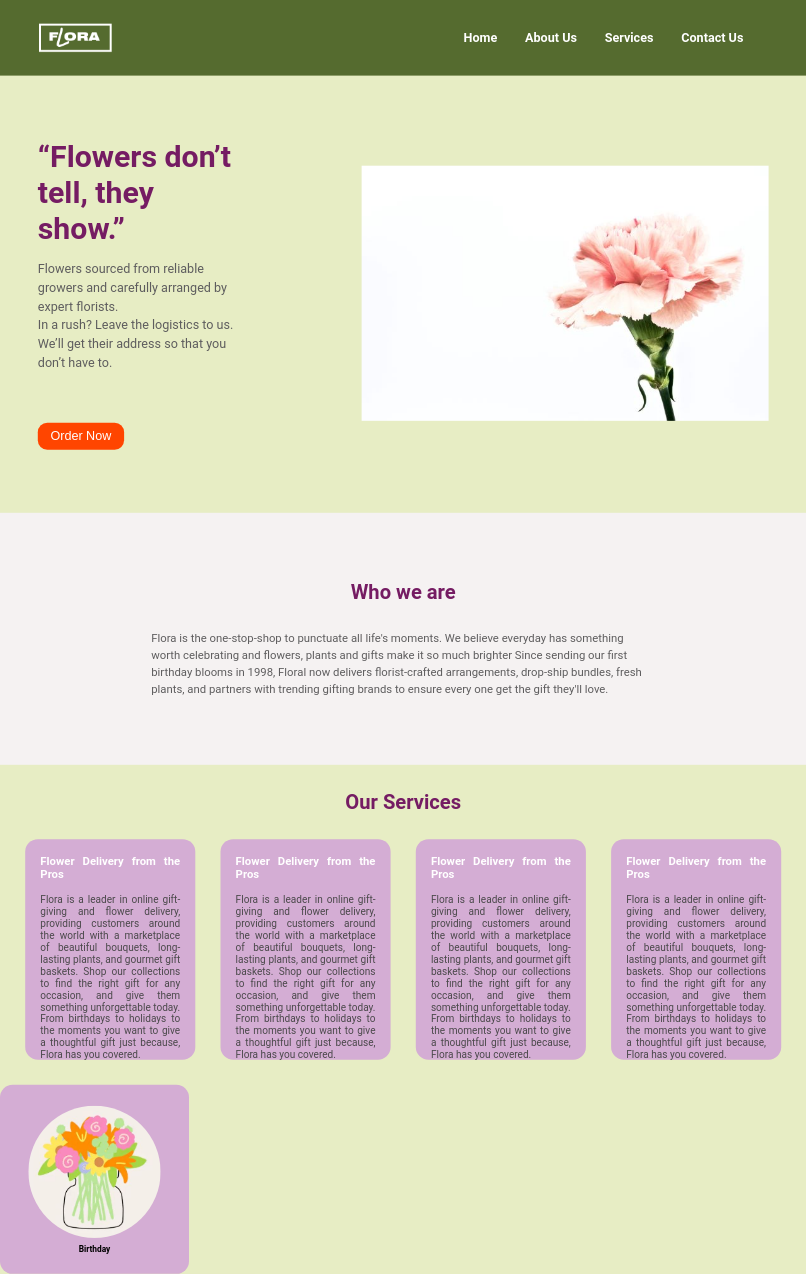
Repository: SaadYasin/test003-flex-box
Page: index.html
An editor plug-in stored every save of this project. The page is shown before and after the next save, followed by the edit.
The browser window is 1280 px wide. The pictures show the whole page, at 63% of full size.

Above is the page before, as saved 2022-11-03 14:54:03.

After the next save:
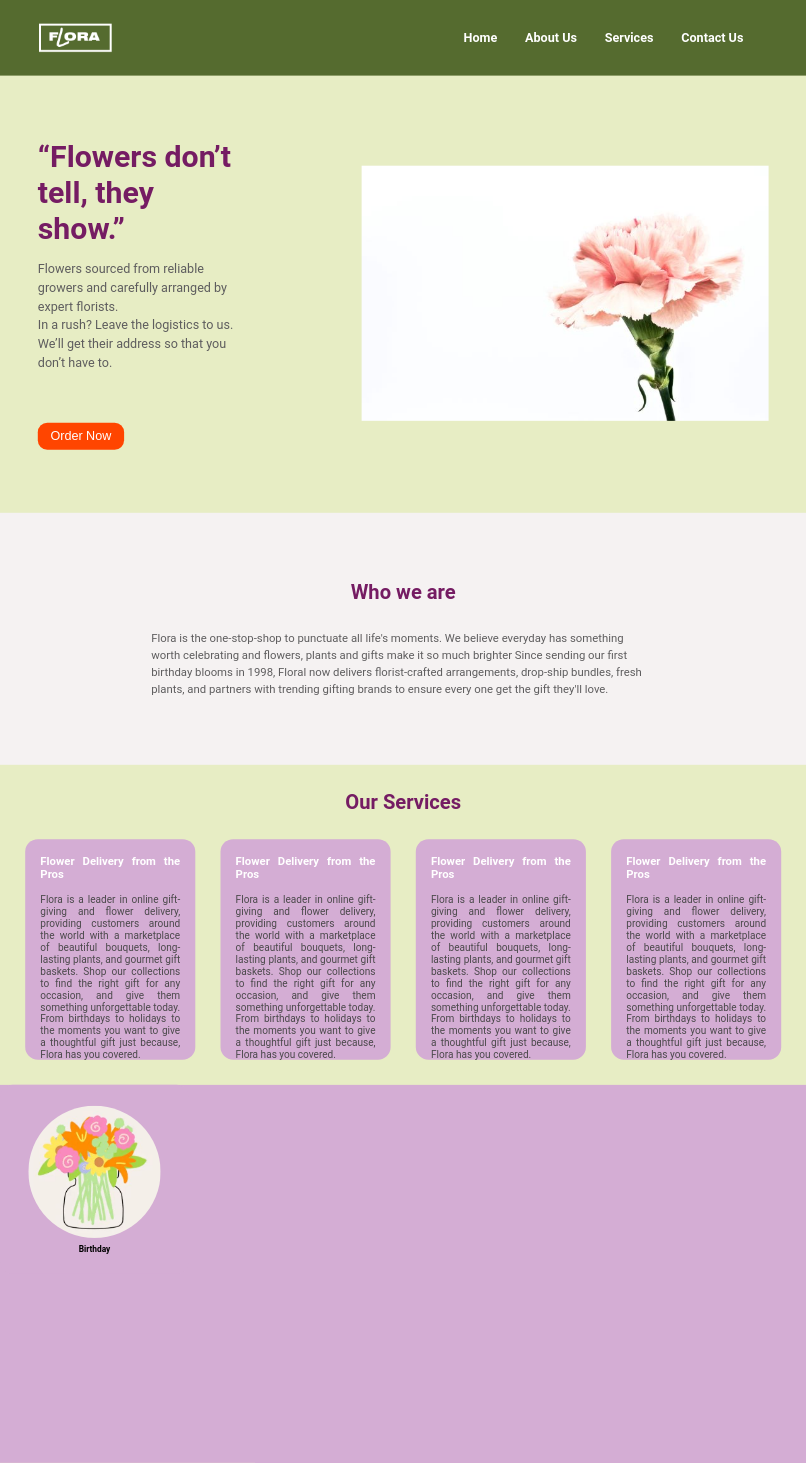
Saved 15 s later.
--- a/style.css
+++ b/style.css
@@ -168,7 +168,7 @@
     margin-bottom: 10px;
   }
 
-  #occasions-section container {
+  #occasions-section .container {
     width: 100vw;
     height: 600px;
     background: rgb(212, 173, 212);
